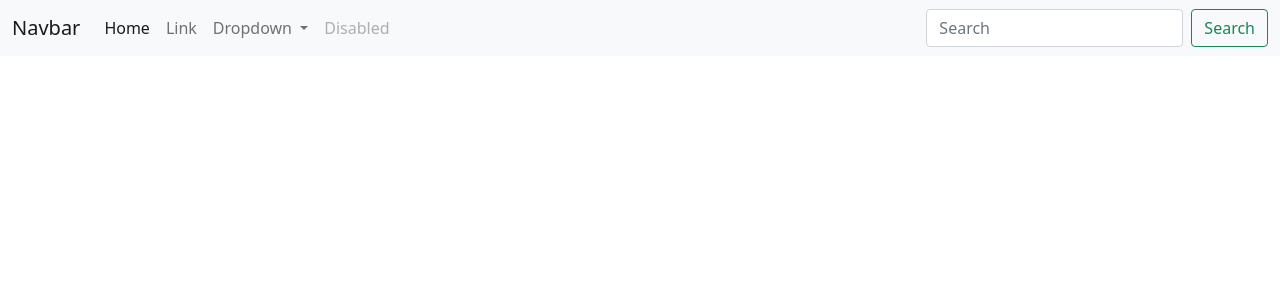
Repository: widdo/Front-end
Page: indix.html
An editor plug-in stored every save of this project. The page is shown before and after the next save, followed by the edit.
The browser window is 1280 px wide. The pictures show the whole page.

Above is the page before, as saved 2022-03-10 11:55:55.

### indix.html
<!DOCTYPE html>
<html lang="en">
<head>
       <meta charset="UTF-8">
       <meta http-equiv="X-UA-Compatible" content="IE=edge">
       <meta name="viewport" content="width=device-width, initial-scale=1.0">
       <title>Bonid</title>
       <link rel="stylesheet" href="css/bootstrap.min.css">
       <link rel="stylesheet" href="/css/all.min.css">
       <link rel="stylesheet" href="/css/Bondi.css">
       <link rel="preconnect" href="https://fonts.googleapis.com">
       <link rel="preconnect" href="https://fonts.gstatic.com" crossorigin>
       <link href="https://fonts.googleapis.com/css2?family=Roboto:ital,wght@0,100;0,300;0,400;1,100;1,300&display=swap" rel="stylesheet">
</head>
<body>

  <nav class="navbar navbar-expand-lg navbar-light bg-light">
    <div class="container-fluid">
      <a class="navbar-brand" href="#">Navbar</a>
      <button class="navbar-toggler" type="button" data-bs-toggle="collapse" data-bs-target="#navbarSupportedContent" aria-controls="navbarSupportedContent" aria-expanded="false" aria-label="Toggle navigation">
        <span class="navbar-toggler-icon"></span>
      </button>
      <div class="collapse navbar-collapse" id="navbarSupportedContent">
        <ul class="navbar-nav me-auto mb-2 mb-lg-0">
          <li class="nav-item">
            <a class="nav-link active" aria-current="page" href="#">Home</a>
          </li>
          <li class="nav-item">
            <a class="nav-link" href="#">Link</a>
          </li>
          <li class="nav-item dropdown">
            <a class="nav-link dropdown-toggle" href="#" id="navbarDropdown" role="button" data-bs-toggle="dropdown" aria-expanded="false">
              Dropdown
            </a>
            <ul class="dropdown-menu" aria-labelledby="navbarDropdown">
              <li><a class="dropdown-item" href="#">Action</a></li>
              <li><a class="dropdown-item" href="#">Another action</a></li>
              <li><hr class="dropdown-divider"></li>
              <li><a class="dropdown-item" href="#">Something else here</a></li>
            </ul>
          </li>
          <li class="nav-item">
            <a class="nav-link disabled">Disabled</a>
          </li>
        </ul>
        <form class="d-flex">
          <input class="form-control me-2" type="search" placeholder="Search" aria-label="Search">
          <button class="btn btn-outline-success" type="submit">Search</button>
        </form>
      </div>
    </div>
  </nav>


</body>
</html>

### css/Bondi.css
r body {
  font-family: "Roboto", sans-serif;
}

Loaded but not shown: css/bootstrap.min.css (library); css/all.min.css (library)

After the next save:
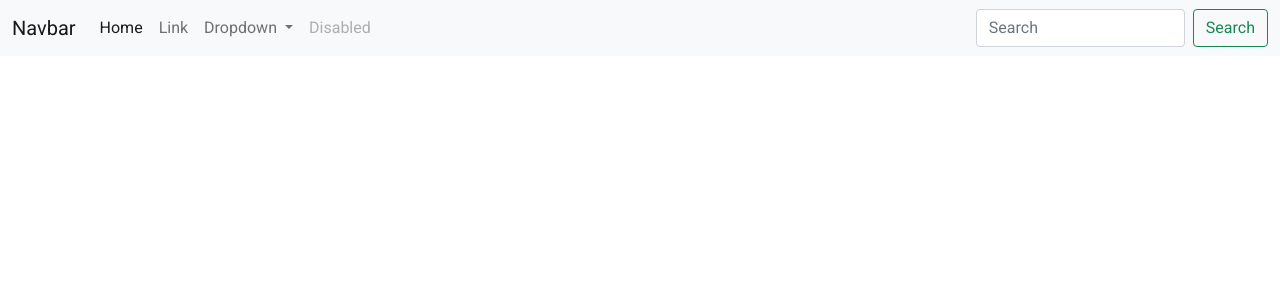
Saved 27 s later.
--- a/css/Bondi.css
+++ b/css/Bondi.css
@@ -1,3 +1,5 @@
-r body {
+:root {
+}
+body {
   font-family: "Roboto", sans-serif;
 }
